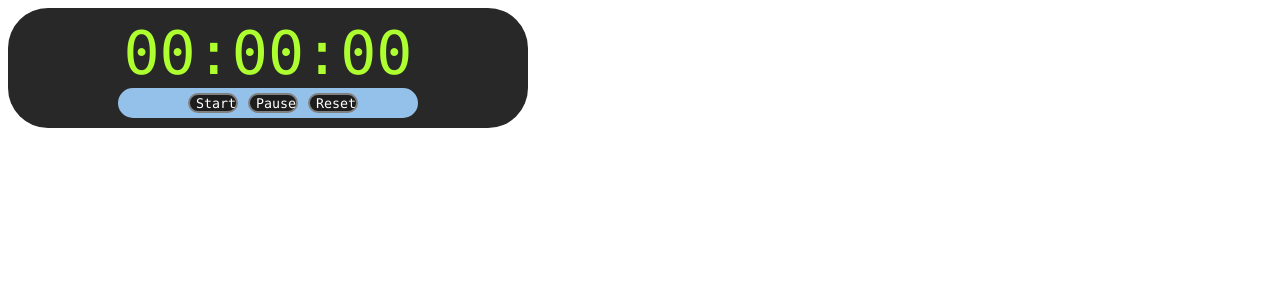
Repository: albinsabu2023/Stopwatch-program
Page: index.html
These files come from the project's save history. The page is drawn as it stood at one moment and after the next save; the edit follows.
The browser window is 1280 px wide. The pictures show the whole page.

Above is the page before, as saved 2023-03-03 23:33:20.

### index.html
<!DOCTYPE html>

<head>
    <meta charset="UTF-8">
    <meta http-equiv="X-UA-Compatible" content="IE=edge">
    <meta name="viewport" content="width=device-width, initial-scale=1.0">
    <link rel="stylesheet" href="style.css">
    <title>Document</title>
</head>
<body>
    <div class="container">
        <label id="time">00:00:00</label>
        <div class="button">
            <button id="start">Start</button>
            <button id="pause">Pause</button>
            <button id="reset">Reset</button>
        </div>

    </div>
    <script src="index.js"></script>
</body>
</html>

### style.css
.container{
    background-color: rgb(41, 40, 40);
    height: 100px;
    width: 500px;
    display: flex;
    flex-direction: column;
    align-items: center;
    justify-content: center;
    padding: 10px;
    border-radius: 40px;

}
.button{
    background-color: rgb(148, 193, 233);
    width: 300px;
    height: 40px;
    display: flex;
    align-items: center;
    justify-content: center;
    border-radius: 20px;
}
#start,#reset,#pause{
    border: 2px solid gray;
    border-radius: 30px;
    margin-left: 10px;
    background-color: rgb(29, 29, 29);
    height: 20px;
    width: 50px;
    color: white;
    font-family: consolas, monospace;
}
#time{
    font-size:60px;
    color:greenyellow;
    font-family:consolas, monospace;

}
#start:hover,
#reset:hover,
#pause:hover {

    background-color: rgb(112, 111, 111);
    height: 20px;
    width: 50px;
    color: rgb(4, 4, 4);
    border-color: black;
    transition-duration: 1000;
}

### index.js
//canvas api

//DRAW LINES
//-------------------
// let can = document.getElementById("canvas");
// let context = can.getContext("2d");
// context.lineWidth = 10;
// context.strokeStyle = "purple";
// context.beginPath();
// context.moveTo(0, 0);
// context.lineTo(250, 250);
// context.lineTo(500, 0);
// context.moveTo(250, 250);
// context.lineTo(250, 500);

// context.stroke();

//DRAW TRIANGLE
//--------------------
//  <canvas id="canvas" width="500" height="500"></canvas>;
// let can = document.getElementById("canvas");
// let context = can.getContext("2d");
// context.beginPath();
// context.lineWidth = 2;
// context.moveTo(0, 250);
// context.lineTo(250, 0);
// context.lineTo(500, 250);
// context.lineTo(250, 250);
// context.lineTo(0, 250);
// context.fillStyle = "red";
// context.fill();
// context.stroke();

//DRAW RETANGLE
//------------------
//  <canvas id="canvas" width="500" height="500"></canvas>;
// let can = document.getElementById("canvas");
// let context = can.getContext("2d");
// context.strokeRect(0, 0, 250, 250);

//DRAW CIRCLE
//----------------
// let can = document.getElementById("canvas");
// SYNTAX--->context.arc(startcord x,startcord y,radius,start angle,end angle,)

// let context = can.getContext("2d");

// context.arc(250, 250, 200, 0, 2 * Math.PI);

// context.lineWidth = 10;
// context.strokeStyle = "purple";
// context.fillStyle = "cyan";
// context.fill();
// context.stroke();

//WINDOW  --->interface to tlak with computer
//---------------------
//window.scrollx()
//window.loacation.hostname;
//window.loaacation.href="url"
//window.innerWidth
//window.open()//can pas if another page as url
//window.close()
//window.print()
//window.confirm()
//window.prompt()

After the next save:
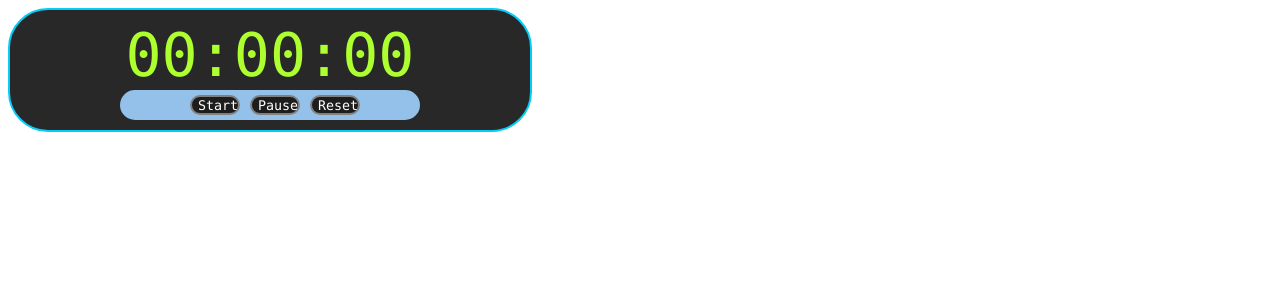
Saved 29 s later.
--- a/style.css
+++ b/style.css
@@ -8,6 +8,7 @@
     justify-content: center;
     padding: 10px;
     border-radius: 40px;
+    border: 2px solid rgb(5, 204, 249);
 
 }
 .button{
